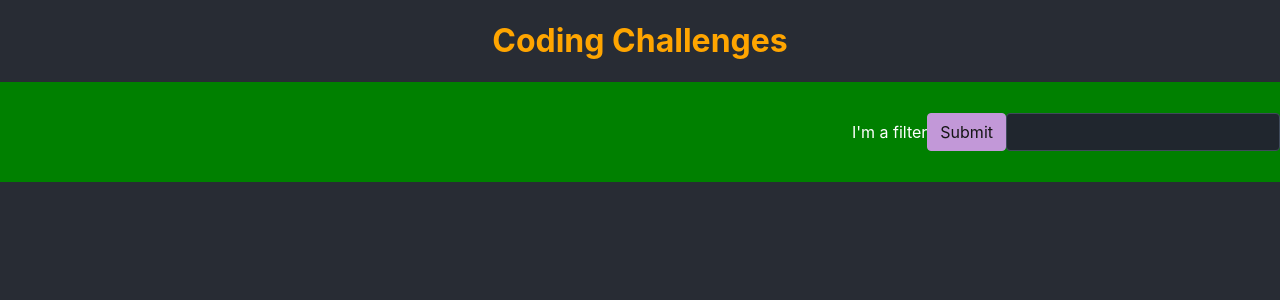
Repository: Valentina-Maraio/coding_challenges
Page: /
The author's editor kept a copy of each file at every save. The page is drawn from the files as they stood at one save, then again after the next save.
The browser window is 1280 px wide. The pictures show the whole page.
The project was rebuilt for these pictures with package versions that can differ from the ones it lists, and the page was loaded fresh each time.

Above is the page before, as saved 2024-07-05 12:05:28.

After the next save:
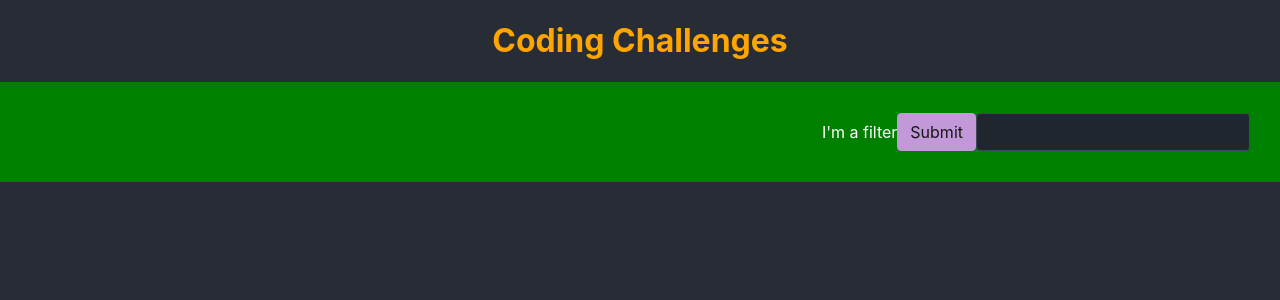
Saved 18 s later.
--- a/src/App.css
+++ b/src/App.css
@@ -20,4 +20,5 @@ body {
   display: flex;
   justify-content: flex-end;
   align-items: center;
+  padding-right: 30px;
 }
